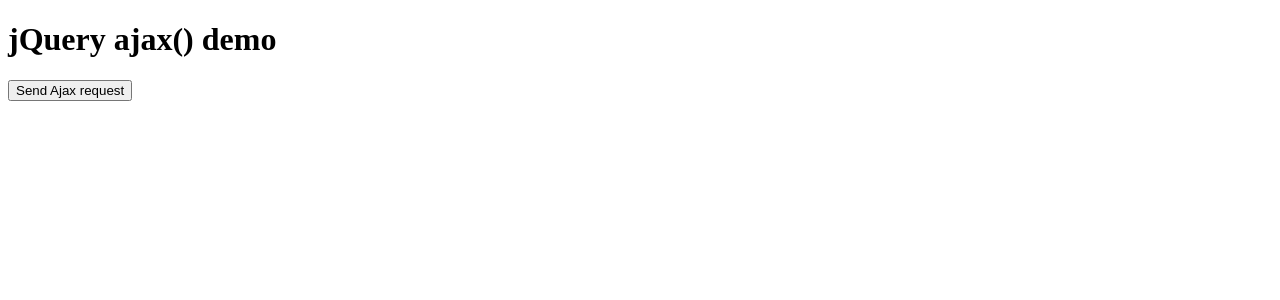
Repository: VertigoK/TH_MES
Page: http://localhost/TH_MES_TEAM_A/
These files come from the project's save history. The page is drawn as it stood at one moment and after the next save; the edit follows.
The browser window is 1280 px wide. The pictures show the whole page.
Some web libraries are served in a nearby version. The page is served by Tomcat 9.

Above is the page before, as saved 2021-09-15 07:00:03.

After the next save:
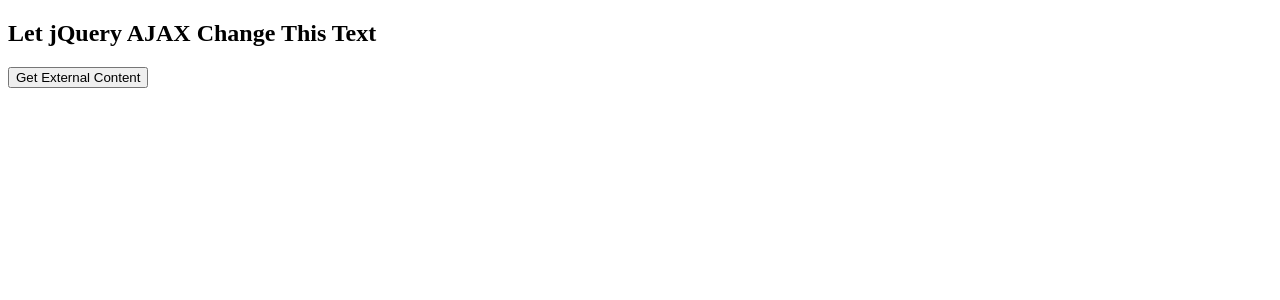
Saved 2 min 10 s later.
--- a/Main/TH_MES_TEAM_A/WebContent/index.jsp
+++ b/Main/TH_MES_TEAM_A/WebContent/index.jsp
@@ -2,33 +2,20 @@
 <!DOCTYPE html>
 <html>
 <head>
-    <meta name="viewport" content="width=device-width" />
-	<script type="text/javascript"
-            src="https://ajax.googleapis.com/ajax/libs/jquery/1.11.2/jquery.min.js">
-    </script>
-	<script type="text/javascript">
-        $(document).ready(function() {
-
-		 $('#ajaxBtn').click(function() {
-			$.ajax('/jquery/getdata',   // request url
-			{
-				syccess: function(a,b,c) {
-					print("Good")
-				}
-// 				success: function (data, status, xhr) {    // success callback function
-// 						$('p').append(data);
-// 				}
-			});
-		 });
-
-        });
-    </script>
+<script src="https://ajax.googleapis.com/ajax/libs/jquery/3.5.1/jquery.min.js"></script>
+<script>
+$(document).ready(function(){
+  $("button").click(function(){
+    $.ajax({url: "demo_test.txt", success: function(result){
+      $("#div1").html(result);
+    }});
+  });
+});
+</script>
 </head>
 <body>
-	<h1> jQuery ajax() demo
-	</h1>
-	<input type="button" id="ajaxBtn" value="Send Ajax request" />
-	<p>
-	</p>
+	<div id="div1"><h2>Let jQuery AJAX Change This Text</h2></div>
+<button>Get External Content</button>
+
 </body>
 </html>
